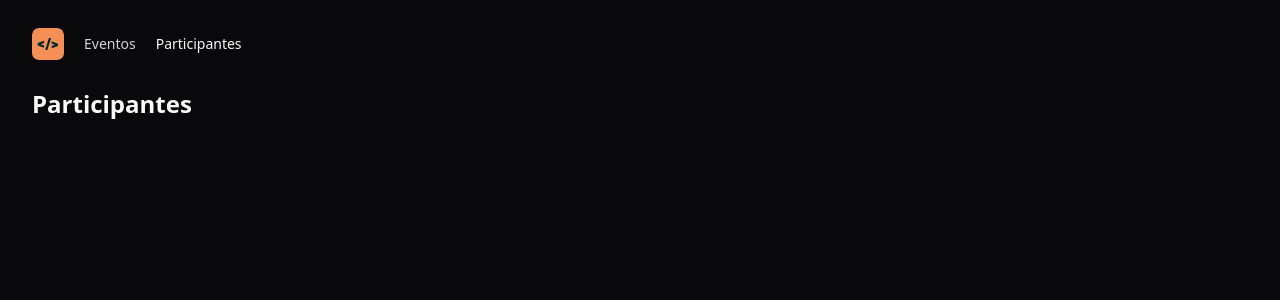
Repository: guilhermecardoso93/nlw-unite-react-2024
Page: /
An editor plug-in stored every save of this project. The page is shown before and after the next save, followed by the edit.
The browser window is 1280 px wide. The pictures show the whole page.
The project was rebuilt for these pictures with package versions that can differ from the ones it lists, and the page was loaded fresh each time. Also part of the build but not shown: vite.config.ts.

Above is the page before, as saved 2024-04-01 21:13:12.

### src/App.tsx
import { Header } from "./components/header";
import { AttendeeList } from "./components/attendee-list";

export function App() {

  return (
    <div className="max-w-[1216px] mx-auto py-5 flex flex-col gap-5">
      <Header />
      <AttendeeList />
    </div>
  )
}

### src/components/header.tsx
import Logo from "../assets/nlw-unite-icon.svg";

export function Header() {
  return (
    <div className="flex items-center gap-5 py-2">
      <img src={Logo} alt="logo" />

      <nav className="flex items-center gap-5">
        <a href="" className="font-medium text-sm text-zinc-300">Eventos</a>
        <a href="" className="font-medium text-sm">Participantes</a>
      </nav>
    </div>
  );
}

### src/components/attendee-list.tsx
export function AttendeeList() {
  return (
    <div>
      <h1 className="text-2xl font-bold">Participantes</h1>
    </div>
  );
}

### tailwind.config.js
/** @type {import('tailwindcss').Config} */
export default {
  content: [
    "./index.html",
    "./src/**/*.{js,ts,jsx,tsx}"
  ],
  theme: {
    extend: {},
  },
  plugins: [
    //require('@tailwindcss/forms')
  ],
}

Loaded but not shown: index.html (common file); src/main.tsx (common file); src/index.css (common file)

After the next save:
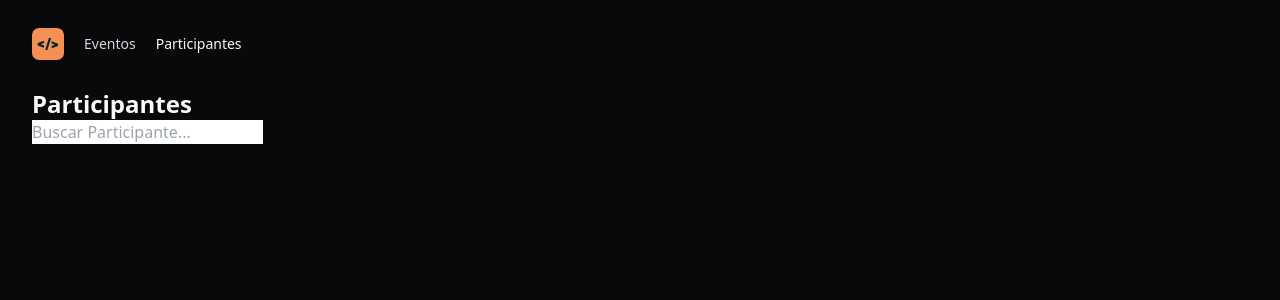
Saved 33 s later.
--- a/src/components/attendee-list.tsx
+++ b/src/components/attendee-list.tsx
@@ -2,6 +2,7 @@ export function AttendeeList() {
   return (
     <div>
       <h1 className="text-2xl font-bold">Participantes</h1>
+      <input placeholder="Buscar Participante..."/>
     </div>
   );
 }
